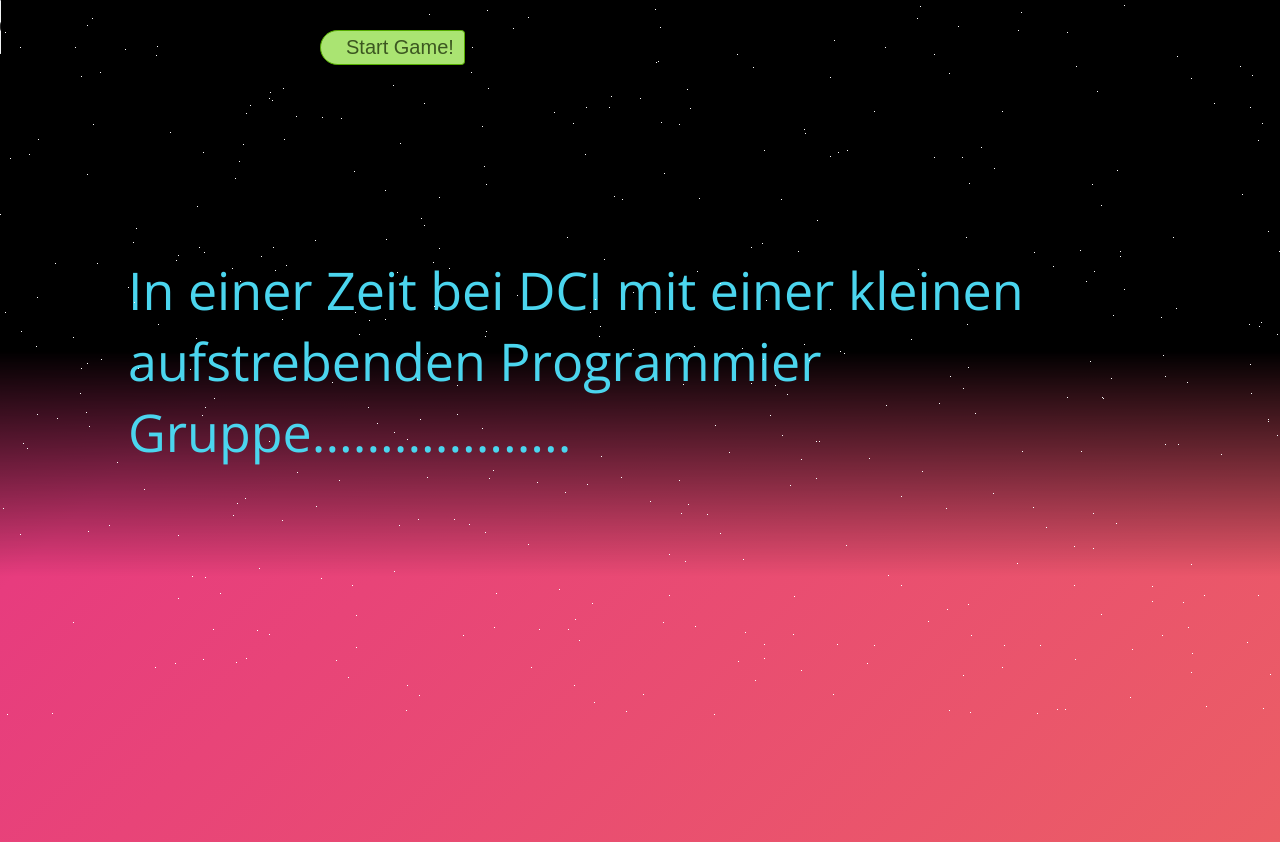
Repository: Der-Metatron/Projekt-Omega-Sprotte
Page: /
An editor plug-in stored every save of this project. The page is shown before and after the next save, followed by the edit.
The browser window is 1280 px wide. The pictures show the whole page.
The project was rebuilt for these pictures with package versions that can differ from the ones it lists, and the page was loaded fresh each time. Also part of the build but not shown: src/services/game-control.js, src/components/GameCanvas.css, src/components/GameCanvas.jsx, src/components/Footer.jsx.

Above is the page before, as saved 2022-06-23 17:50:53.

### public/index.html
<!DOCTYPE html>
<html lang="de">
  <head>
    <meta charset="UTF-8" />
    <meta name="Metatron" content="width=device-width, initial-scale=1.0" />
    <link rel="stylesheet" href="style.css" />

    <title>Projekt-Omega></title>
  </head>

  <body>
    <!-- <body onload="startGame()"> -->
    <div id="root"></div>
    <!-- TEST -->
    <div id="canvasbackground"></div>
  </body>
</html>

### src/App.js
/* Hier werden die Einzelnen Seiten Hinzugefügt */
import "./App.css";
import { useState } from "react";
import { GameCanvas } from "./components/GameCanvas";
import { Welcome } from "./components/Welcome";
import { Footer } from "./components/Footer";

function App() {
  const [currentPage, setCurrentPage] = useState(0);
  return (
    <div className="App">
      {currentPage === 0 ? (
        <>
          <Welcome
            onContinue={() => {
              setCurrentPage(1);
            }}
          />
        </>
      ) : (
        <>
          <h1>Projekt Omega</h1>
          <GameCanvas />
          <Footer />
        </>
      )}
    </div>
  );
}

export default App;

### src/App.css
html,
body {
  width: 100%;
  height: 100%;
}

body {
  background: linear-gradient(-45deg, #ee7752, #e73c7e, #000000, #265046);
  background-size: 400% 400%;
  animation: gradient 15s ease infinite;
}

@keyframes gradient {
  0% {
    background-position: 0% 50%;
  }
  50% {
    background-position: 100% 50%;
  }
  100% {
    background-position: 0% 50%;
  }
}

### src/components/Welcome.jsx
import React from "react";
import "./Welcome.css";
import ReactAudioPlayer from "react-audio-player";

function randomPosition() {
  let y = window.innerWidth;
  let x = window.innerHeight;
  let randomX = Math.floor(Math.random() * x);
  let randomY = Math.floor(Math.random() * y);
  return [randomX, randomY];
}

export const Welcome = ({ onContinue }) => {
  const starDivs = [];
  for (let i = 0; i < 400; i++) {
    let xy = randomPosition();
    starDivs.push(
      <div
        key={i}
        className="stars"
        style={{
          top: xy[0],
          left: xy[1],
        }}
      ></div>
    );
  }
  /* ----------------------------------------------------------------------------- */
  console.log(starDivs);
  /* ------------------------------------------------------------------------------ */
  return (
    <div className="welcome-container">
      {starDivs}

      {/* <!-- Erste Inro laufschrift --> */}

      <section className="intro">
        In einer Zeit bei DCI mit einer kleinen aufstrebenden Programmier
        Gruppe...................
      </section>
      <section className="logo">
        <img src="/img/1mfdt1024.jpg" alt="Projekt-Omega Geschichte" />
      </section>
      <div id="scroller">
        <div id="content">
          <p id="title">Episode DCI Abschlussprojekt</p>
          <br></br>
          <p id="subtitle">Projekt-Omega</p>
          <br />
          <p>
            Du bist alleine mit deinen Raumschiff Omega und kämpfst in einer
            Dystopischen Welt voller feindlichen Gegnern ums überleben.Während
            des 21.Jahrhundert befinden sich in der Umlaufbahn des Planeten Erde
            durch Umweltverschmutzung,zügelloser verbrauch der Ressourcen und
            Machthungriger Politiker Unmengen an Weltraum Schrott, Satelliten
            und Gruppen verschiedener Fraktionen die versuchen dir das Licht
            auszuknipsen dazu kommen nach und nach eine Invasion von Feindlichen
            Flug Objekten dazu und machen dir das Leben zur Hölle. Messe dich
            mit anderen Spielern um die Höchste Punktzahl,verewige dich in der
            Highscore und werde der Ultimative Retter des Universums.
          </p>
          <p>
            Idee: Der Metatron. Programming: Der Metatron, Serdar, Dennis. Musik
            & Sound: Der Metatron. Grafik: Emergancy-Romm Tattoo, Pixbay, Der
            Metatron. Backend: Serdar. Canvas build React: Ralf.
          </p>
          <p>Erstellt mit: Canvas, Html, Reackt, MongoDb, Express, Css.</p>
          <p>
            Danke an alle die uns bei diesen Projekt unterstützt haben und uns
            die gelegenheit gegeben haben unser Ideen zu verwirklichen.Special
            Thanks to Ralf & Chriatian. Und jetzt viel Spaß beim Zocken!!!
          </p>
        </div>
      </div>

      <footer>
        {/* ---------------------AUDIO-------------------------------------------- */}
        <ReactAudioPlayer
          src="/audio/Musik/Projekt Omega cut.mp3"
          autoPlay
          controls
          volume={0.5}
        />
        {/* ----------------------------------------------------------------------- */}
        <button
          onClick={() => {
            onContinue();
          }}
        >
          Start Game!
        </button>
      </footer>
    </div>
  );
};

### src/components/Welcome.css
@import url("https://fonts.googleapis.com/css2?family=Open+Sans&display=swap");

.welcome-container {
  margin: 0;
  background-color: #000;
  overflow: hidden !important;
}

.welcome-container::after {
  content: "";
  position: fixed;
  top: 0;
  left: 0;
  width: 100%;
  height: 80vh;
  background: linear-gradient(
    to bottom,
    rgba(0, 0, 0, 1) 61%,
    rgba(0, 0, 0, 0.54) 79%,
    rgba(0, 0, 0, 0) 100%
  );
  z-index: 1;
}

.stars {
  position: absolute;
  width: 1px;
  height: 1px;
  background-color: #fff;
  z-index: 3;
}

.intro {
  position: absolute;
  top: 50%;
  left: 50%;
  transform: translate(-50%, -50%);
  z-index: 2;
  color: rgb(75, 213, 238);
  font-family: "Open Sans", sans-serif;
  font-weight: 500;
  font-size: 3.25rem;
  width: 80%;
  opacity: 0;
  animation: intro 6s ease-out 0.5s;
}

@keyframes intro {
  0% {
    opacity: 0;
  }
  20% {
    opacity: 1;
  }
  90% {
    opacity: 1;
  }
  100% {
    opacity: 0;
  }
}

.logo {
  position: absolute;
  top: 50%;
  left: 50%;
  transform: translate(-50%, -50%);
  z-index: 2;
  width: 100%;
  opacity: 0;
  animation: logo 10s ease-out 9s;
}

.logo img {
  width: inherit;
}

@keyframes logo {
  0% {
    opacity: 1;
    transform: translate(-50%, -50%) scale(2);
  }
  70% {
    opacity: 1;
  }
  100% {
    opacity: 0;
    transform: translate(-50%, -50%) scale(0.1);
  }
}

p {
  color: #ffe81f;
}

#scroller {
  font-family: sans-serif;
  font-weight: bold;
  font-size: 350%;
  text-align: justify;
  overflow: hidden;
  height: 50em;
  width: 20em;
  position: absolute;
  bottom: 0;
  left: 50%;
  margin-left: -10em;
  z-index: 0;
  transform: perspective(350px) rotateX(25deg);
  transform-origin: 50% 100%;
}

#scroller::after {
  position: absolute;
  content: "";
  bottom: 60%;
  left: 0;
  right: 0;
  top: 0;
}

#content {
  position: absolute;
  top: 100%;
  animation: scoller 100s linear 16s;
}

@keyframes scoller {
  0% {
    top: 100%;
  }
  100% {
    top: -200%;
  }
}

#title,
#subtitle {
  text-align: center;
  line-height: 1.5rem;
}

#subtitle {
  text-transform: uppercase;
  font-size: 3.5rem;
}

footer {
  position: absolute;
  z-index: 10;
}
/*  */
button {
  display: inline-block;
  margin: 20px;
  text-decoration: none;
  font-family: Arial;
  font-size: 20px;
  border: 1px solid #56ae00;
  border-radius: 25px 5px 5px 25px;
  background-color: #aae472;
  color: #3c5721;
  padding: 5px 10px 5px 25px;
}
button:hover {
  padding: 5px 25px 5px 10px;
  border-radius: 5px 25px 25px 5px;
}

.button1 {
  position: absolute;
  z-index: 11;
  float: right;
  margin-left: 0.5em;
}

Loaded but not shown: src/index.js (common file); src/index.css (common file); src/reportWebVitals.js (common file); public/style.css (empty)

After the next save:
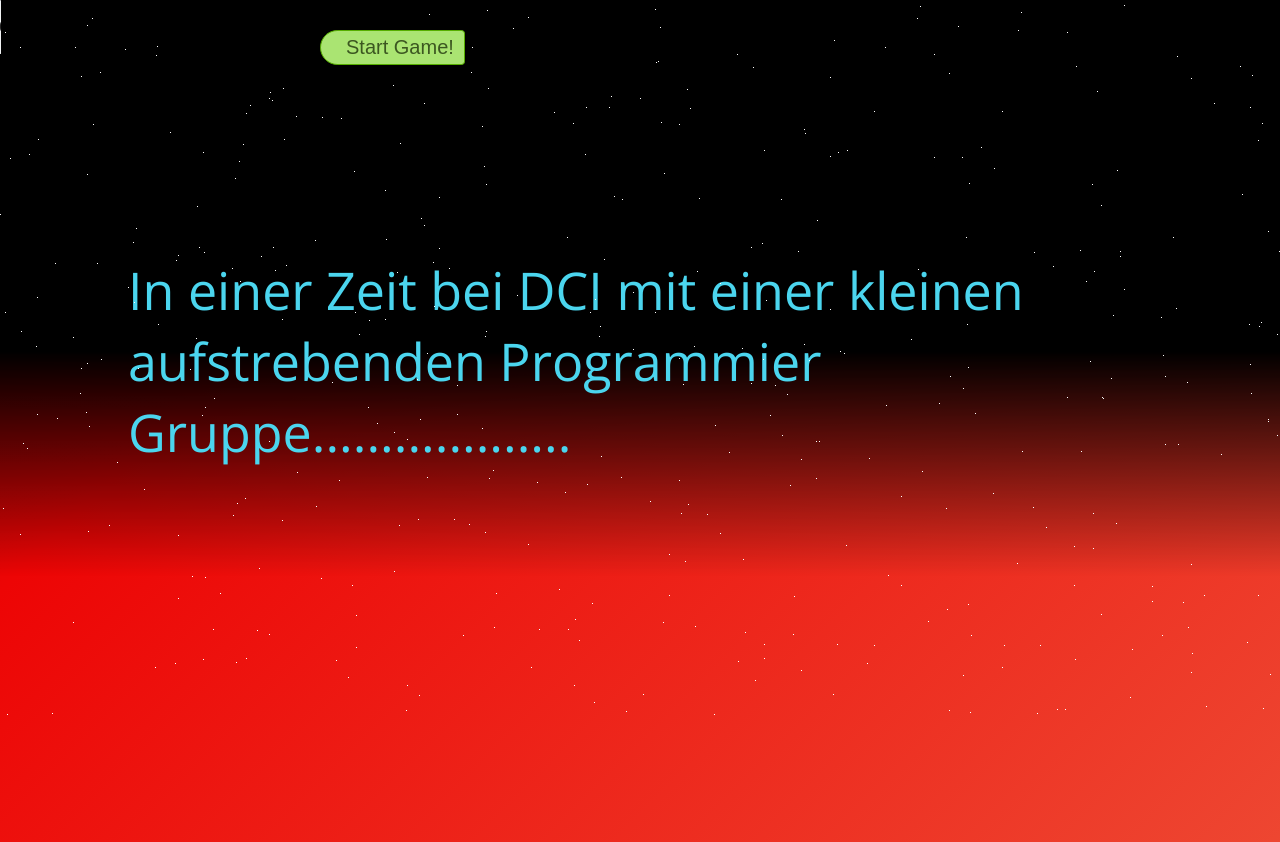
Saved 22 s later.
--- a/src/App.css
+++ b/src/App.css
@@ -5,7 +5,7 @@
 }
 
 body {
-  background: linear-gradient(-45deg, #ee7752, #e73c7e, #000000, #265046);
+  background: linear-gradient(-45deg, #ee7752, #ed0505, #000000, #265046);
   background-size: 400% 400%;
   animation: gradient 15s ease infinite;
 }
